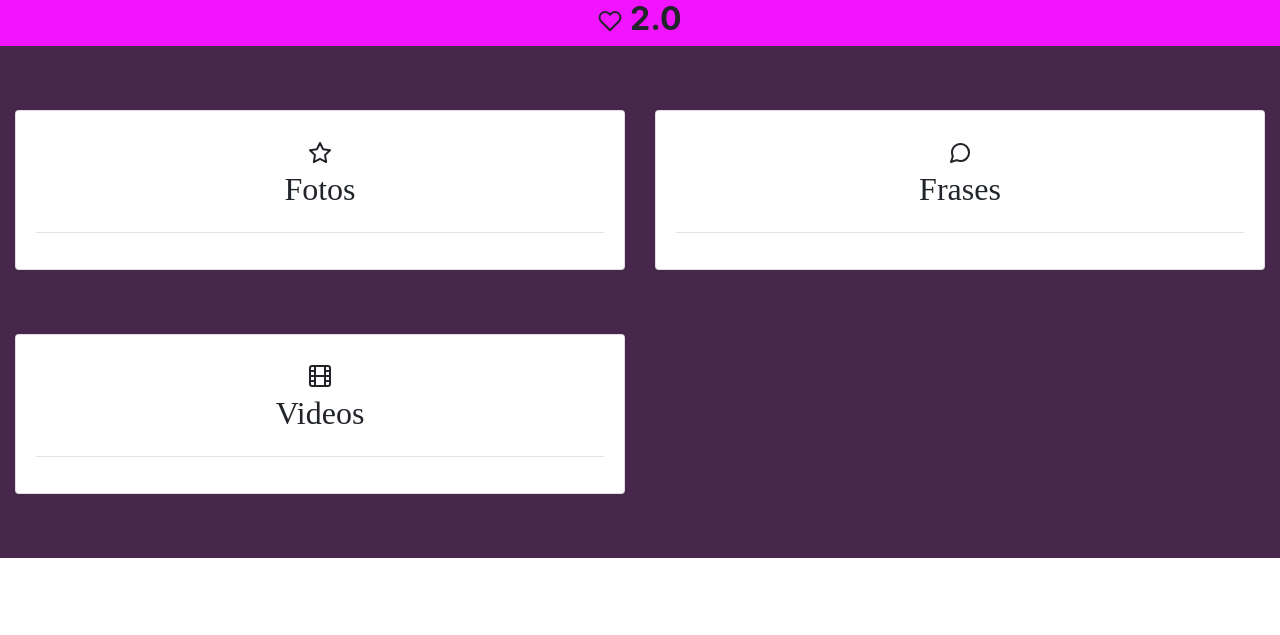
Repository: MeuAmor/meuamor.github.io
Page: index.html
These files come from the project's save history. The page is drawn as it stood at one moment and after the next save; the edit follows.
The browser window is 1280 px wide. The pictures show the whole page.

Above is the page before, as saved 2019-08-21 23:33:14.

After the next save:
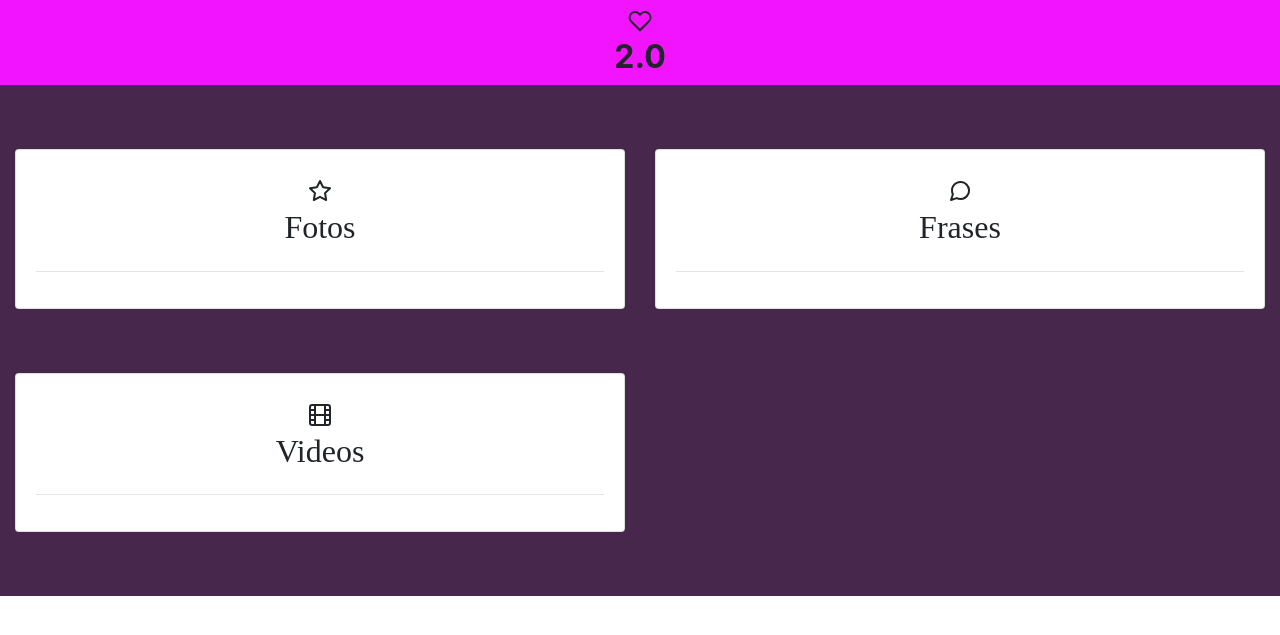
Saved 18 s later.
--- a/index.html
+++ b/index.html
@@ -25,14 +25,14 @@
 			<h2>
                 <div class="text-center">
 
-
+                    <svg xmlns="http://www.w3.org/2000/svg" width="24" height="24" viewBox="0 0 24 24" fill="none" stroke="currentColor"
+                            stroke-width="2" stroke-linecap="round" stroke-linejoin="round" class="feather feather-heart">
+                        <path d="M20.84 4.61a5.5 5.5 0 0 0-7.78 0L12 5.67l-1.06-1.06a5.5 5.5 0 0 0-7.78 7.78l1.06 1.06L12 21.23l7.78-7.78 1.06-1.06a5.5 5.5 0 0 0 0-7.78z"/>
+                    </svg>
                 </div>
                 <div class="text-center" >
 
-                    <b> <svg xmlns="http://www.w3.org/2000/svg" width="24" height="24" viewBox="0 0 24 24" fill="none" stroke="currentColor"
-                        stroke-width="2" stroke-linecap="round" stroke-linejoin="round" class="feather feather-heart">
-                    <path d="M20.84 4.61a5.5 5.5 0 0 0-7.78 0L12 5.67l-1.06-1.06a5.5 5.5 0 0 0-7.78 7.78l1.06 1.06L12 21.23l7.78-7.78 1.06-1.06a5.5 5.5 0 0 0 0-7.78z"/>
-                </svg> 2.0 </b>
+                    <b>2.0 </b>
                 </div>
             </h2>
 		</div>
